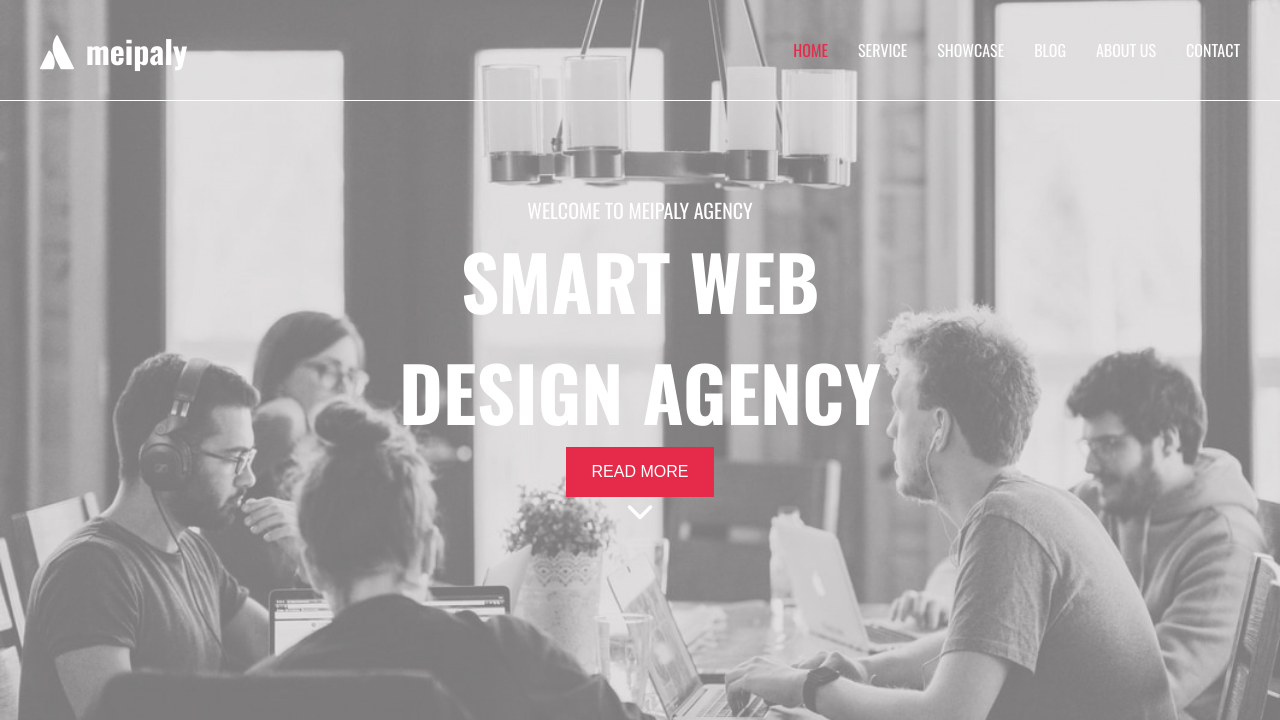
Repository: trminhphuc1504/meipaly
Page: meipaly.html
An editor plug-in stored every save of this project. The page is shown before and after the next save, followed by the edit.
The browser window is 1280 px wide. The pictures show the whole page.
Some web libraries are served in a nearby version.

Above is the page before, as saved 2024-08-18 23:19:51.

After the next save:
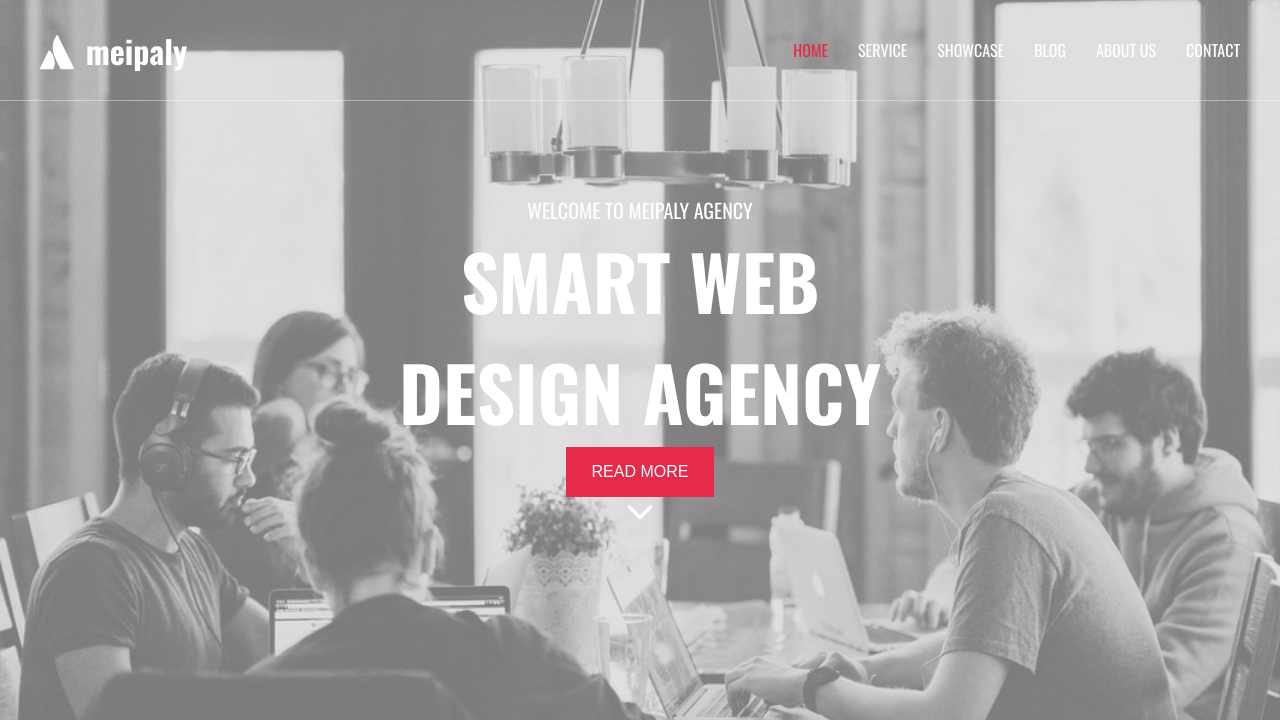
Saved 2 min 17 s later.
--- a/css/meipaly.css
+++ b/css/meipaly.css
@@ -32,7 +32,7 @@
     width: 100%;
     left: 0;
     top:0;
-    border-bottom:1px solid #fff;
+    border-bottom:1px solid rgba(255, 255, 255, 0.4);
 }
 
 header .header-logo{
